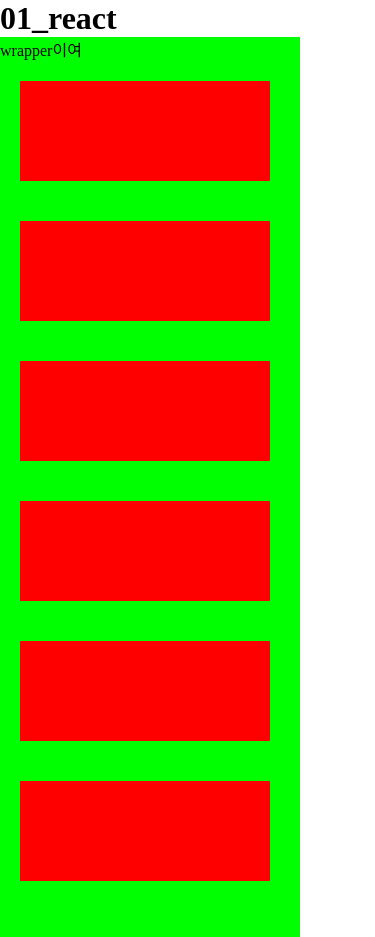
Repository: psun2/Korea-IT-Academy
Page: (back up) _ 오전/study_a/web_work/htmlCssProj/WebContent/react/01_react.html
An editor plug-in stored every save of this project. The page is shown before and after the next save, followed by the edit.
The browser window is 375 px wide. The pictures show the whole page.

Above is the page before, as saved 2020-07-29 06:38:22.

After the next save:
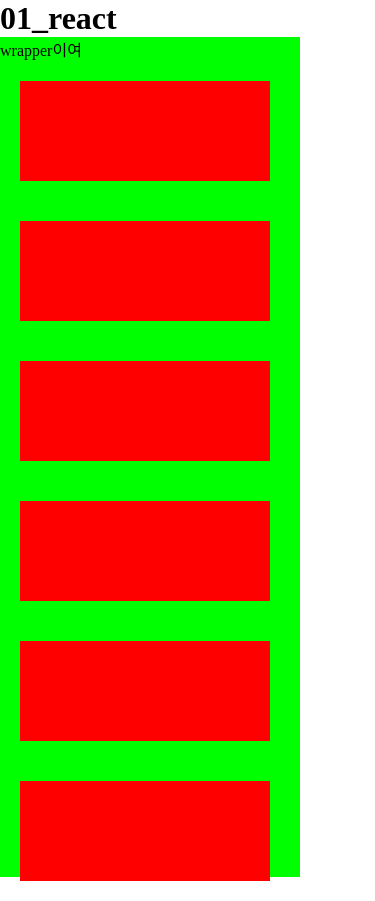
Saved 62 s later.
--- a/(back up) _ 오전/study_a/web_work/htmlCssProj/WebContent/react/01_react.html
+++ b/(back up) _ 오전/study_a/web_work/htmlCssProj/WebContent/react/01_react.html
@@ -32,7 +32,7 @@ minimum-scale=1.0, maximum-scale=1.0">
 		.wrapper{
 			background: #0f0;
 			width:300px;
-			height: 900px;
+			height: 840px;
 		}
 
 	}
